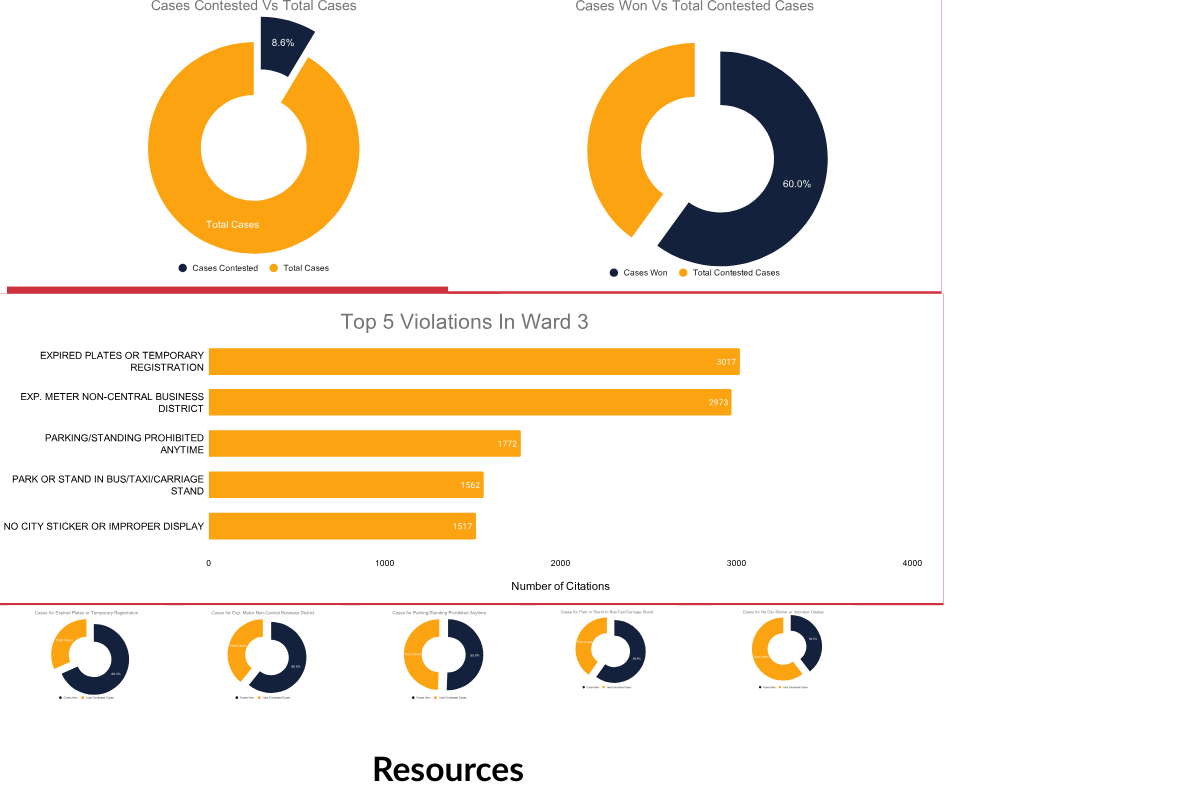
Repository: rdass1/COM421-FinalProject
Page: Website/index.html
The author's editor kept a copy of each file at every save. The page is drawn from the files as they stood at one save, then again after the next save.
The browser window is 1280 px wide. The page is 1348 px wide, then 1698 px, so the pictures cover 1698 px, including what lies to the right of the window. The pictures show the part of the page from y = 1101 to 2541 px (the page is 2242 px tall before and 2541 px after), at 70% of full size.

Above is the page before, as saved 2021-05-12 05:17:44.
Console error: TypeError: Cannot read properties of undefined (reading 'style')

### Website/index.html
<!DOCTYPE html>
<html>
    <head>
        <meta charset="UTF-8">
        <meta name="description" content="Take It To the Streets is a non-profit organization that helps people find information on how to fight their tickets. ">
        <meta name="author" content="Group 2">
        <meta name="viewport" content="width=device-width, initial-scale=1.0">
        <link rel="stylesheet" type="text/css" href="css/index.css">
        <script src="javascript/index.js"></script>
        <title>Take It To The Streets</title>
    </head>
    <body class = "container">
        <div class="header">
            <div id = "navbar">
                <nav>
                    <ul>
                        <li><a href="#about">About</a></li>
                        <li><a href="#statistics">Statistics</a></li>
                        <li><a href="#resources">Resources</a></li>
                        <li><a href="#contact">Contact</a></li>
                    </ul>

                </nav>
            </div>
        </div>
        <div id="home" class="home-image">
            <div id="title">
                <h1>Stand Your Ground</h1>
                <h2>Learn how you can fight back</h2>
            </div>

        </div>
        <div id="about">
            <h3>About</h3>
            <p>Have you ever received a ticket and we're unable pay the ticket? Did you know that you can contest all tickets you receive in court! This may seem like a very challenging task, but <em>Take It To The Streets</em> is here to help! We'll take you through the step by step process in order to fight for your ticket. We're on your side and will make sure you get the best possible outcome you can. Still not convinced? Check out the statistics in your area(ward 3). </p>
        </div>
        <div id="statistics" class="statistics-container">
            <div id="statistics-container-item-header"><h3>Statistics</h3></div>
            <div id="statistics-container-item-1" class="statistics-container-item">
                <img src="images/Cases Contested Vs Total Cases.svg">
            </div>
            <div id="statistics-container-item-2" class="statistics-container-item">
                <img src="images/Cases Won Vs Total Contested Cases.svg">
            </div>
            <div id="statistics-container-item-3" class="statistics-container-item">
                <img src="images/Top 5 Violations In Ward 3.svg">
            </div>

            <div id="statistics-container-item-4" >
                <div class="statistics-container-item-4-flex">
                    <div class ="statistics-container-item-4-flex-container">
                        <img src="images/Cases for Expired Plates or Temporary Registration.svg">
                    </div>
                    <div class ="statistics-container-item-4-flex-container">
                        <img src="images/Cases for Exp. Meter Non-Central Business District.svg">
                    </div>
                    <div class ="statistics-container-item-4-flex-container">
                        <img src="images/Cases for Parking_Standing Prohibited Anytime.svg">
                    </div>
                    <div class ="statistics-container-item-5-flex-container">
                        <img src="images/Cases for Park or Stand In Bus_Taxi_Carriage Stand.svg">
                    </div>
                    <div class ="statistics-container-item-5-flex-container">
                        <img src="images/Cases for No City Sticker or Improper Display.svg">
                    </div>

                </div>

            </div>
            <div id="statistics-container-item-5">
                <div class="statistics-container-item-4-flex">


                </div>

            </div>
        </div>
        <div id="resources">
            <h3>Resources</h3>
        </div>
    </body>
</html>

### Website/css/index.css
html{
    scroll-behavior: smooth;
    font-family: 'Gill Sans', 'Gill Sans MT', Calibri, 'Trebuchet MS', sans-serif;
}

.container{
    margin:0px;
    display:grid;
    grid-template-columns: 1fr;
}

.header{
    background-color: #fca311;
    width: 100%;
    display: flex;
    justify-content: flex-start;
    margin: 0px;
    padding: 0px;
    z-index: 100;
}

#navbar nav{
    display: flex;


}

#navbar ul{
    height:inherit;
    margin: 0px;
    padding: 0px;
    overflow: hidden;
    list-style: none;
}

#navbar li{
    margin: 0px;
    font-size: 1.5rem;
    float:left;

}

#navbar a{
    display: block;
    color: white;
    text-decoration: none;
    padding: 20px 20px 20px 20px;
}

#navbar li:hover{
    background-color: #cf323f;
}


.home-image{
    display: grid;
    width:100%;
    height:60vh;
    background-image: url("/Website//images/pic5.png");
    background-repeat: no-repeat;
    background-size: cover;
    background-position: 0% 100%;

    grid-template-columns: auto;
    grid-template-rows: auto;
    grid-template-areas:
    ". . . . . . ."
    ". . header . . . ."
    ". . . . . . ."
    ". . . . . . ."


    ;

}


#title{
    grid-area: header;
}

#title h1{
    font-size: 8rem;
    color:white;
    margin: 0px;
    padding: 0px;
    text-shadow: 2px 2px 15px #2e2e2e;
}

.home-image h2{
    margin: 0px;
    padding: 0px;
    font-size: 3rem;
    color:white;
    text-shadow: 2px 2px 15px #2e2e2e;
}





.home-image img{
    width: 100%;
    height: 60%;
    object-fit: cover;
    object-position: 0px 100%;
    z-index: 10;
}



#about h3{
    text-align: center;
    font-size: 3rem;
    margin-bottom:15px;
}

#about p{
    text-align: center;
    margin-top:0px;
    margin-left:60px;
    margin-right:60px;
    font-size: 2rem;
}

.statistics-container{
    margin:10px;
    display: grid;
    grid-template-rows: 0fr 1/3fr 1/3fr 1/3fr 1/3fr;
    grid-template-columns: 1fr 1fr;
    justify-content: center;
    justify-items: center;


}

.statistics-container-item{
    background-color:#cf323f;


}



#statistics-container-item-header{
    grid-column: 1 / span 2;
    grid-row: 1 / 1;
    font-size: 3rem;
    text-align: center;



}

#statistics-container-item-1{
    grid-column: 1 / span 1;
    grid-row: 2/ 2;
}
#statistics-container-item-2{
    grid-column: 2 / span 2;
    grid-row: 2/ 2;
}
#statistics-container-item-3{
    grid-column: 1 / span 2;
    grid-row: 3/ 3;
}

#statistics-container-item-4{
    grid-column: 1 / span 2;
    grid-row: 4/ 4;
}
#statistics-container-item-5{
    grid-column: 1 / span 2;
    grid-row: 5/ 5;
}

.statistics-container-item-4-flex{
    display: flex;
    justify-content: center;
    justify-items: center;

}
.statistics-container-item-4-flex-container img{
    width: 90%;
    height: auto;

}

.statistics-container-item-5-flex-container img{
    width: 80%;
    height: auto;

}


#resources{

}

#resources h3{
    text-align: center;
    font-size: 3rem;
    margin-bottom:15px;
}

### Website/javascript/index.js
var slideIndex = 0;

showSlides();

function showSlides(){
    var i;
    var slides = document.getElementsByClassName("mySlides");
    var dots = document.getElementsByClassName("dot");
  for (i = 0; i < slides.length; i++) {
    slides[i].style.display = "none";
  }
  slideIndex++;
  if (slideIndex > slides.length) {slideIndex = 1}
  for (i = 0; i < dots.length; i++) {
    dots[i].className = dots[i].className.replace(" active", "");
  }
  slides[slideIndex-1].style.display = "block";
  dots[slideIndex-1].className += " active";
  setTimeout(showSlides, 2000);

  for(var i = 0; i<10; i++){
      console.log(i);
  }
}

After the next save:
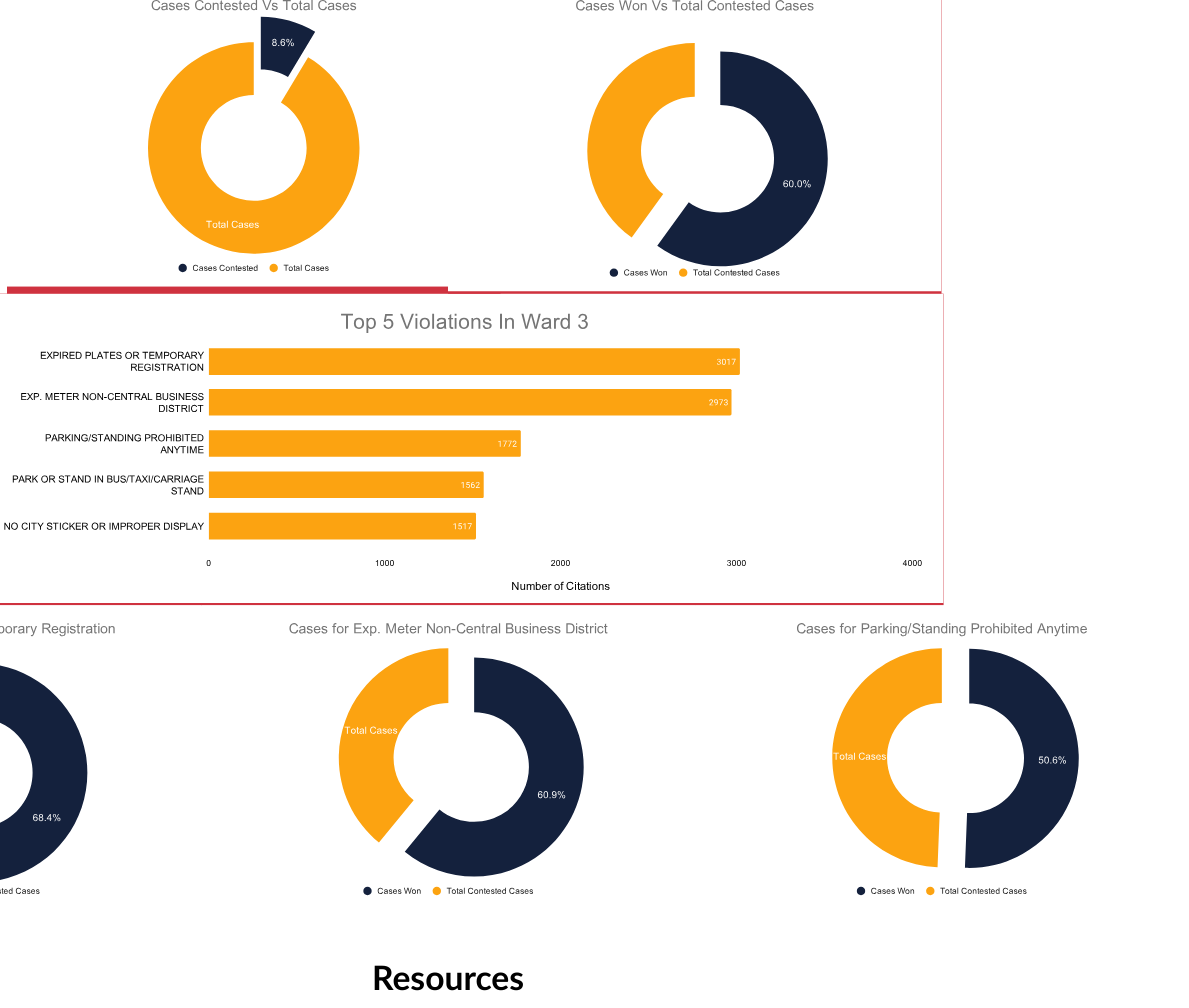
Saved 14 s later.
--- a/Website/css/index.css
+++ b/Website/css/index.css
@@ -181,7 +181,7 @@ html{
 
 }
 .statistics-container-item-4-flex-container img{
-    width: 90%;
+
     height: auto;
 
 }
